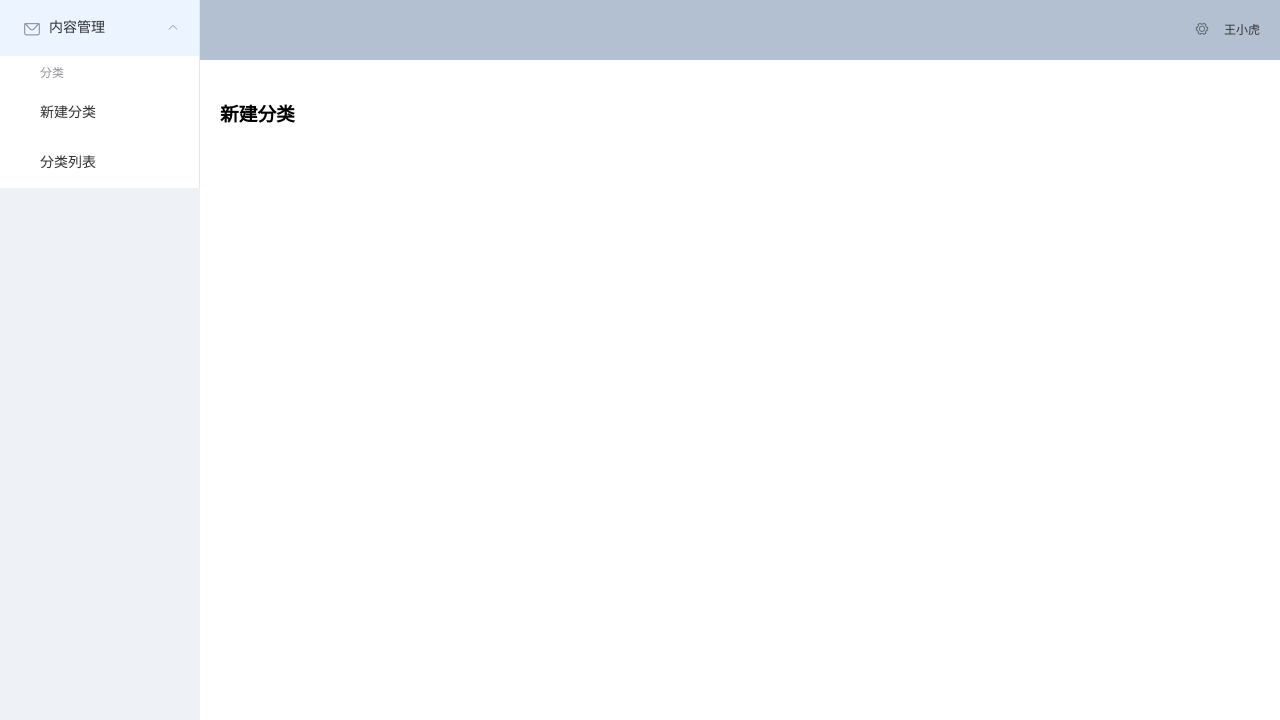
Repository: fish-zmy/wangzherongyao
Page: /#/categories/create (app in admin/)
The author's editor kept a copy of each file at every save. The page is drawn from the files as they stood at one save, then again after the next save.
The browser window is 1280 px wide. The pictures show the whole page.
The project was rebuilt for these pictures with package versions that can differ from the ones it lists, and the page was loaded fresh each time. Also part of the build but not shown: admin/vue.config.js. Imported but missing from the stored project, and not drawn on this page: admin/src/views/Home.vue.

Above is the page before, as saved 2020-06-16 16:05:19.

### admin/src/App.vue
<template>
  <div id="app">

    <router-view/>
  </div>
</template>

<style>
html,body{
  margin:0;
  padding:0;
}
</style>

### admin/src/router/index.js
import Vue from 'vue'
import VueRouter from 'vue-router'
import Home from '../views/Home.vue'
import Main from '../views/Main.vue'
import CategoryEdit from '../views/CategoryEdit.vue'

Vue.use(VueRouter)

  const routes = [
  {
    path: '/',
    name: 'main',
    component: Main,
    children:[
      {
        path:'/categories/create',
        component:CategoryEdit
      }
    ]
  },

]

const router = new VueRouter({
  routes
})

export default router

### admin/src/views/Main.vue
<template>
  <el-container style="height: 100vh">
    <el-aside width="200px" style="background-color: rgb(238, 241, 246)">
      <el-menu router :default-openeds="['1', '3']">
        <el-submenu index="1">
          <template slot="title">
            <i class="el-icon-message"></i>内容管理
          </template>
          <el-menu-item-group>
            <template slot="title">分类</template>
            <el-menu-item index="/categories/create">新建分类</el-menu-item>
            <el-menu-item index="/categories/list">分类列表</el-menu-item>
          </el-menu-item-group>
        </el-submenu>
      </el-menu>
    </el-aside>

    <el-container>
      <el-header style="text-align: right; font-size: 12px">
        <el-dropdown>
          <i class="el-icon-setting" style="margin-right: 15px"></i>
          <el-dropdown-menu slot="dropdown">
            <el-dropdown-item>查看</el-dropdown-item>
            <el-dropdown-item>新增</el-dropdown-item>
            <el-dropdown-item>删除</el-dropdown-item>
          </el-dropdown-menu>
        </el-dropdown>
        <span>王小虎</span>
      </el-header>

      <el-main>
        <router-view></router-view>
      </el-main>
    </el-container>
  </el-container>
</template>


<style>
.el-header {
  background-color: #b3c0d1;
  color: #333;
  line-height: 60px;
}

.el-aside {
  color: #333;
}
</style>

<script>
export default {
  data() {
    const item = {
      date: "2016-05-02",
      name: "王小虎",
      address: "上海市普陀区金沙江路 1518 弄"
    };
    return {
      tableData: Array(20).fill(item)
    };
  }
};
</script>

### admin/src/views/CategoryEdit.vue
<template>
    <div class="about">
       <h1>新建分类</h1>
       <el-form>

       </el-form>
    </div>
</template>

Loaded but not shown: admin/public/index.html (common file); admin/src/main.js (common file); admin/src/plugins/element.js (common file)

After the next save:
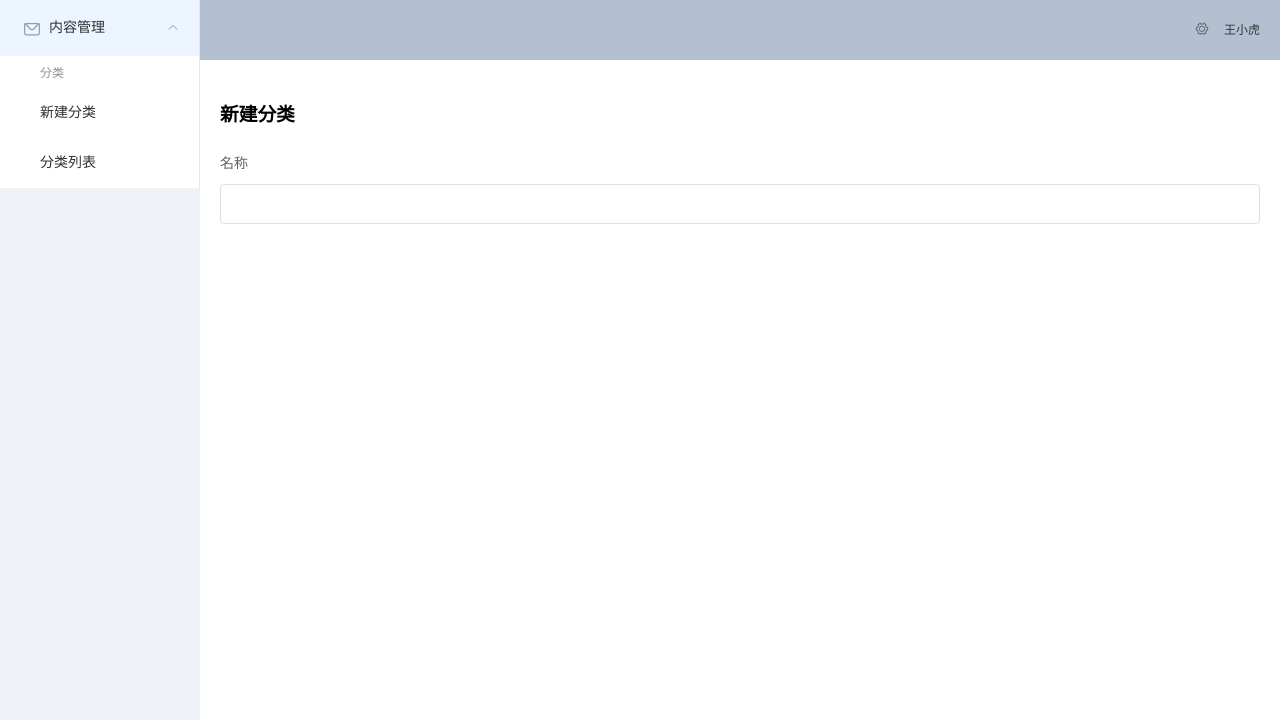
Saved 44 s later.
--- a/admin/src/views/CategoryEdit.vue
+++ b/admin/src/views/CategoryEdit.vue
@@ -2,7 +2,9 @@
     <div class="about">
        <h1>新建分类</h1>
        <el-form>
-
+          <el-form-item label="名称">
+            <el-input></el-input>
+          </el-form-item>
        </el-form>
     </div>
 </template>
